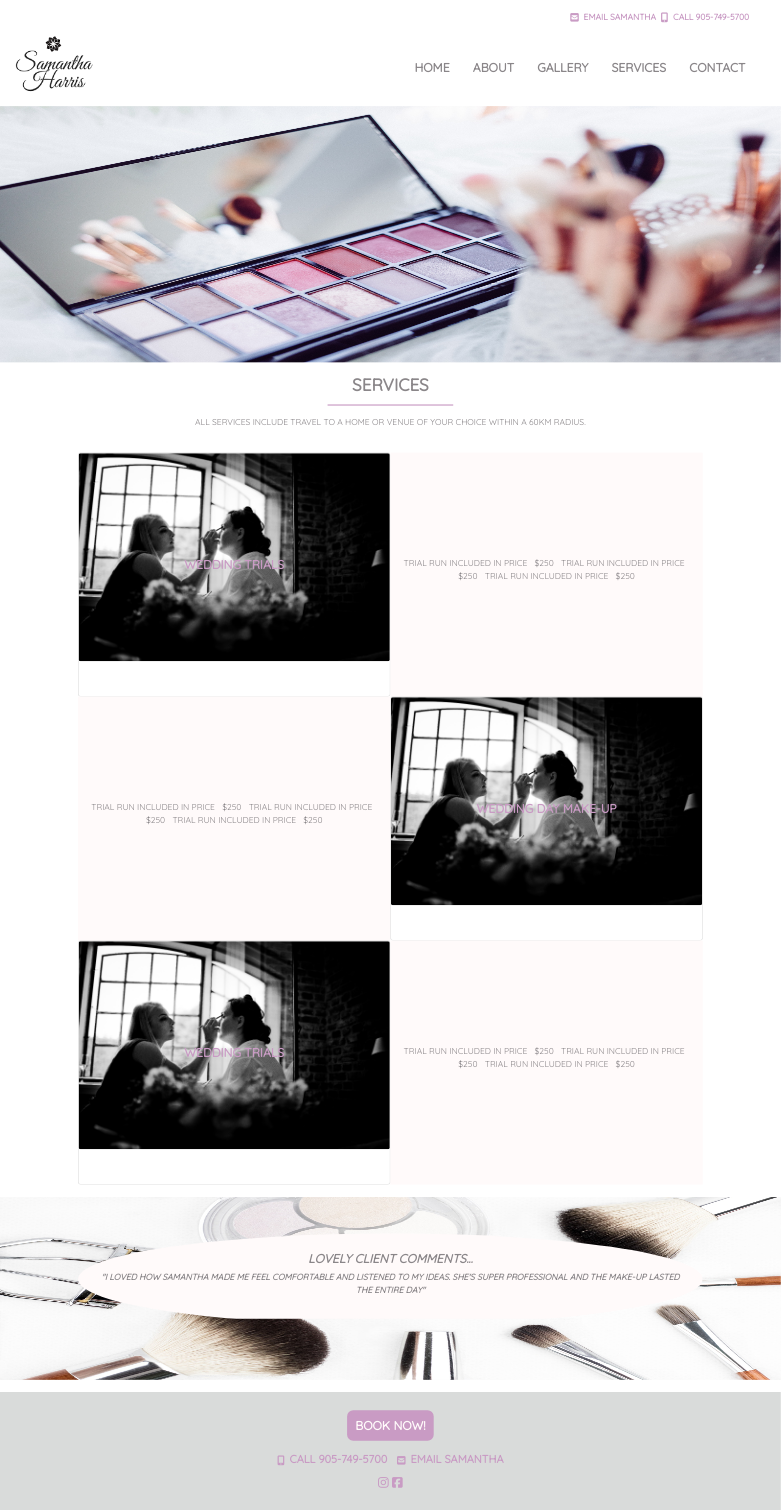
Repository: JayneyNix/milestone-1-UCFD
Page: services.html
The author's editor kept a record of every edit. The page is drawn from the files as they stood at one moment, then again after the next edit.
The browser window is 1280 px wide. The pictures show the whole page, at 61% of full size.
Some web libraries are served in a nearby version.

Above is the page before.

### services.html
<!DOCTYPE html>
<html lang="en">

<head>
    <meta charset="UTF-8">
    <meta name="viewport" content="width=device-width, initial-scale=1.0">
    <meta http-equiv="X-UA-Compatible" content="ie=edge">
    <title>Services | Professional Bridal Make-Up | Samantha Harris</title>
    <script src="https://code.jquery.com/jquery-3.3.1.slim.min.js" integrity="sha384-q8i/X+965DzO0rT7abK41JStQIAqVgRVzpbzo5smXKp4YfRvH+8abtTE1Pi6jizo" crossorigin="anonymous"></script>
    <link href="https://stackpath.bootstrapcdn.com/bootstrap/4.3.1/css/bootstrap.min.css" rel="stylesheet" integrity="sha384-ggOyR0iXCbMQv3Xipma34MD+dH/1fQ784/j6cY/iJTQUOhcWr7x9JvoRxT2MZw1T" crossorigin="anonymous" type="text/css">
    <link rel="stylesheet" href="https://cdnjs.cloudflare.com/ajax/libs/hover.css/2.3.1/css/hover-min.css" type="text/css">
    <link rel="stylesheet" href="https://fonts.googleapis.com/css?family=Quicksand">
    <script src="https://kit.fontawesome.com/26094534a3.js" crossorigin="anonymous"></script>
    <link rel="stylesheet" href="Assets/style.css" class="text/css">
</head>

<body>
    <!--Navigation-->

    <div class="fixed-header d-flex flex-row-reverse mt-2 pr-5 align-items-center">
        <div class="p-1 call-text mt-2">
            <a class="call-header" href="tel:905-749-5700" target="-blank">
                <h5 class="h5 headings"><span class="number">Call 905-749-5700</span></h5>
            </a>
        </div>
        <div class="p-1 call-icon"><a class="call-header" href="tel:905-749-5700" target="-blank"><i class="fas fa-mobile-alt" aria-hidden="true"></i></a>
        </div>
        <div class="p-1 email-text mt-2">
            <a class="email-header" href="mailto:bookings@samanthaharris.ca" target="-blank">
                <span class="call"><h5 class="h5 headings">Email Samantha</h5></span>
            </a>
        </div>
        <div class="p-1 email-icon"><a class="email-header" href="mailto:bookings@samanthaharris.ca" target="-blank"><i class="fas fa-envelope-square" aria-hidden="true"></i></a>
        </div>
    </div>


    <div class="container-fluid nav-container no-padding" role="navigation">
        <nav class="navbar navbar-light navbar-expand-lg">

            <a class="navbar-brand" href="index.html">
                <img src="Assets/logo.png" class="d-inline-block align-top"
      alt="samantha-harris-logo"/>
      </a>

            <button class="navbar-toggler ml-auto" type="button" data-toggle="collapse" data-target="#navbarNavDropdown" aria-controls="navbarNavDropdown" aria-expanded="false" aria-label="Toggle navigation">
          <span class="navbar-toggler-icon"></span>
      </button>
            <div class="collapse navbar-collapse" id="navbarNavDropdown">
                <ul class="navbar-nav navbar-default ml-auto">
                    <li class="nav-item">
                        <a class="nav-link active" href="index.html">Home</a>
                    </li>
                    <li class="nav-item">
                        <a class="nav-link" href="about.html">About</a>
                    </li>
                    <li class="nav-item">
                        <a class="nav-link" href="gallery.html">Gallery</a>
                    </li>
                    <li class="nav-item">
                        <a class="nav-link" href="services.html">Services</a>
                    </li>
                    <li class="nav-item last">
                        <a class="nav-link" href="contact.html">Contact</a>
                    </li>
                </ul><br>
            </div>
        </nav>
    </div>

    <!--Navigation-->

    <!--Introduction-->

    <div class="container-fluid services-main-banner no-padding">
        <div class="row no-gutters">
            <div class="col-sm-12">
                <img src="Assets/make-up-palette.jpg" class="img-fluid services-image w-100" alt="about-page-banner-image" />

            </div>
        </div>
    </div>

    <div class="container-fluid intro-section no-padding text-center">
        <div class="row no-gutters">
            <div class="col-sm-12 col-md-12-offset-3">
                <h1 class="h1 headings">Services</h1>
                <hr class="line">
                <p class="p headings">All services include travel to a home or venue of your choice within a 60km radius.</p><br>
            </div>

        </div>

    </div>

    <!--Introduction-->

    <!--Services Section-->

    <div class="container services-container text-center">
        <div class="row pricing-row d-flex justify-content-center no-gutter">
            <div class="card services-heading col-md-6 d-flex align-content-center flex-wrap">
                <img class="card-img img-fluid" src="Assets/make-up-artist-and-bride-facing-eachother.jpg">
                <div class="card-img-overlay">
                    <h2 class="card-title h2 headings">Wedding Trials</h2>
                </div>
            </div>

            <div class="services-text col-md-6 col-sm-order-2 d-flex align-content-center flex-wrap">
                <ul class="list-inline p headings">
                    <li class="list-inline-item">Trial Run included in price</li>
                    <li class="list-inline-item">$250</li>
                    <li class="list-inline-item">Trial Run included in price</li>
                    <li class="list-inline-item">$250</li>
                    <li class="list-inline-item">Trial Run included in price</li>
                    <li class="list-inline-item">$250</li>

            </div>
        </div>
        <div class="row pricing-row d-flex justify-content-center no-gutter">
            <div class="services-text col-md-6 col-sm-push-6 d-flex align-content-center flex-wrap">
                <ul class="list-inline p headings">
                    <li class="list-inline-item">Trial Run included in price</li>
                    <li class="list-inline-item">$250</li>
                    <li class="list-inline-item">Trial Run included in price</li>
                    <li class="list-inline-item">$250</li>
                    <li class="list-inline-item">Trial Run included in price</li>
                    <li class="list-inline-item">$250</li>
            </div>

            <div class="card services-heading col-md-6 col-sm-push-6 d-flex align-content-center flex-wrap">
                <img class="card-img img-fluid" src="Assets/make-up-artist-and-bride-facing-eachother.jpg">
                <div class="card-img-overlay">
                    <h2 class="card-title h2 headings">Wedding Day Make-Up</h2>
                </div>
            </div>
        </div>

        <div class="row pricing-row d-flex justify-content-center no-gutter">
            <div class="card services-heading col-md-6 d-flex align-content-center flex-wrap">
                <img class="card-img img-fluid" src="Assets/make-up-artist-and-bride-facing-eachother.jpg">
                <div class="card-img-overlay">
                    <h2 class="card-title h2 headings">Wedding Trials</h2>
                </div>
            </div>

            <div class="services-text col-md-6 col-sm-order-2 d-flex align-content-center flex-wrap">
                <ul class="list-inline p headings">
                    <li class="list-inline-item">Trial Run included in price</li>
                    <li class="list-inline-item">$250</li>
                    <li class="list-inline-item">Trial Run included in price</li>
                    <li class="list-inline-item">$250</li>
                    <li class="list-inline-item">Trial Run included in price</li>
                    <li class="list-inline-item">$250</li>

            </div>
        </div>
    </div>



    <!--Testimonials-->

    <div id="testimonial-carousel" class="carousel slide d-none d-md-block" data-ride="carousel">
        <div class="carousel-inner">
            <div class="carousel-item active">
                <img class="carousel-image d-block w-100" src="Assets/cosmetic-brushes.png" alt="Slide-One">
                <div class="carousel-caption d-none d-md-block height-auto">
                    <div class="box">
                        <h2 class="h2 headings carousel-heading align-items-center justify-content-center">Lovely client comments...</h2>
                        <p class="p headings carousel-text">"Sam was awesome from the moment I met her I knew I didn't want anyone else to do my make-up! I felt so confident and beautiful but still like me"
                        </p>
                    </div>
                </div>
            </div>

            <div class="carousel-item">
                <img class="carousel-image d-block w-100" src="Assets/cosmetic-brushes.png" alt="Slide-Two">
                <div class="carousel-caption d-none d-md-block">
                    <div class="box">
                        <h2 class="h2 headings carousel-heading align-items-center justify-content-center">Lovely client comments...</h2>
                        <p class="p headings carousel-text">"I loved how Samantha made me feel comfortable and listened to my ideas. She's super professional and the make-up lasted the entire day"
                        </p>
                    </div>
                </div>
            </div>
            <div class="carousel-item">
                <img class="carousel-image d-block w-100" src="Assets/cosmetic-brushes.png" alt="Slide-Three">
                <div class="carousel-caption d-none d-md-block">
                    <div class="box">
                        <h2 class="h2 headings carousel-heading align-items-center justify-content-center">Lovely client comments...</h2>
                        <p class="p headings carousel-text">"I was looking for someone who uses natural products and the latest techniques and Samantha was knowledgeable, experienced and wasn't flustered with our party of 7!"
                        </p>
                    </div>
                </div>
            </div>
        </div>
    </div>

    <!--Testimonials-->

    <!--Footer-->

    <footer class="container-fluid footer-container no-padding">

        <div id="footer" class="row">
            <div class="col-sm-12">
                <div class="action">
                    <btn class="footer-button">
                        <a class="contact-link" href="contact.html">
                            <h2 class="h2 headings footer-items">BOOK NOW!</h2>
                        </a>
                    </btn>
                </div>

                <div class="d-flex flex-row justify-content-center mt-3">

                    <div class="p-1 call-icon"><a class="call-header" href="tel:905-749-5700" target="-blank"><i class="fas fa-mobile-alt" aria-hidden="true"></i></a>
                    </div>
                    <div class="p-1 call-text mr-2">
                        <a class="call-contact" href="tel:905-749-5700" target="-blank">
                            <h3 class="h3 headings">Call 905-749-5700</h3>
                        </a>
                    </div>
                    <div class="p-1 email icon"><a class="email-header" href="mailto:bookings@samanthaharris.ca" target="-blank"><i class="fas fa-envelope-square" aria-hidden="true"></i></a>
                    </div>
                    <div class="p-1 email-text">
                        <a class="email-contact" href="mailto:bookings@samanthaharris.ca" target="-blank">
                            <h3 class="h3 headings">Email Samantha</h3>
                        </a>
                    </div>
                </div>

                <div class="col-sm-12">
                    <div class="social"></div>
                    <a class="insta" href="https://www.instagram.com" target="-blank"><i class="fab fa-instagram" aria-hidden="true"></i>
                    </a>
                    <a class="facebook" href="https://www.facebook.com" target="-blank"><i class="fab fa-facebook-square" aria-hidden="true"></i></a>
                </div>
            </div>
        </div>
    </footer>

    <!--Footer-->
    <script src="https://cdnjs.cloudflare.com/ajax/libs/jquery/3.4.1/jquery.slim.min.js"></script>
    <script src="https://cdnjs.cloudflare.com/ajax/libs/popper.js/1.15.0/umd/popper.min.js"></script>
    <script src="https://cdnjs.cloudflare.com/ajax/libs/twitter-bootstrap/4.3.1/js/bootstrap.min.js"></script>
</body>

</html>

### Assets/style.css
/*Typography*/

.headings {

    font-family: Quicksand, sans-serif;
    text-transform: uppercase;
    font-weight: bold;
}

.h1 {
    font-size: 28px;
    color: #8a8689;
    font-weight: bold;
}

.h2 {
    font-size: 20px;
    font-weight: bold;
}

.h3 {
    font-size: 18px;
    color: #8a8689;
}

.h4 {
    font-size: 16px;
}

.h5 {
    font-size: 14px;
    color: #8a8689;
}

.p {
    font-size: 14px;
    color: #8a8689;
    font-weight: normal;
}

.line {
    border-style: solid;
    border-width: 1px;
    border-color: #c99bc4;
    width:20%;
    background-position: center;
    background-repeat: no-repeat;
}

/*Typography*/


/*Contact Header*/

.p-1 .email-header {
    color: #c99bc4;
    text-decoration: none;
}

.p-1 .call-header {
    color: #c99bc4;
    text-decoration: none;
}

.p-1 .email-header:hover {
    color: #8a8689;
}

.p-1 .call-header:hover {
    color: #8a8689;
}

.p-1 .h5 {
    color: #c99bc4;
}

.p-1 .h5:hover {
    color: #8a8689;
}

/*Contact Header*/


/*--Navigation--*/

.nav-container {
    padding-right: 20px;
    padding-left: 0;
}

.navbar {
    background-color: #fff;
    padding: 0;
}

.navbar-brand {
    padding-left: 20px;
    padding-bottom: 20px;
    background-size: cover;
    width: 150;
    height: 150;
}

.navbar-nav {
    padding-right: 30px;
}

.nav-item {
    padding: 20;
}

.nav-link {
    font-family: "Quicksand", sans-serif;
    font-size: 20px;
    font-weight: bold;
    text-decoration: none;
    text-transform: uppercase;
    color: #8a8689!important;
    vertical-align: middle;
    padding-left: 30px!important;
}

.nav-link:hover {
    color: #c99bc4!important;
    transform: scale(1.25);
    transition: ease-in-out;
    transition-duration: 0.3s;
}

.navbar-light .navbar-toggler {
    padding-right: 30px;
    border: 0;
    font-weight: bold;
}

  .navbar-toggler:focus, .navbar-toggler:active {
    outline: none;
    box-shadow: none;
    color: #c99bc4;
  }

@media (max-width: 992px) {
    #navbarNavDropdown {
        text-align: center;
    }
}

/*--Navigation--*/


/*--Footer*/

.container-fluid .footer-container {
    display: inline-block;
    font-size: 0;
}

#footer {
    background-color: #d9dbda;
    text-align: center;
    padding-top: 30px;
    padding-bottom: 30px;
}

.footer-button {
    position: relative;
    display: inline-block;
    font-family: "Quicksand", sans-serif;
    font-size: 20px;
    font-weight: bolder;
    text-transform: uppercase;
    vertical-align: middle;
    border: 3px solid #c99bc4;
    border-radius: 10px;
    padding: 10px;
    text-align: center;
    background-color: #c99bc4;
}

.footer-button .contact-link {
    text-decoration: none;
}

.footer-items {
    color: #fffafa;
    font-weight: bold;
    vertical-align: middle;
    margin: 0;
}

.footer-items:hover {
    color: #8a8689;
    transform: scale(1.1);
    transition: ease-in-out;
    transition-duration: 0.5s;
}

.call-contact .h3 {
    color: #c99bc4;
    text-decoration: none;
}

.a .call-contact {
    text-decoration: none;
}

.email-contact .h3 {
    color: #c99bc4;
    text-decoration: none;
}

.a .email-contact {
    text-decoration: none;
}

.call-contact .h3:hover {
    color: #8a8689;
}

.email-contact .h3:hover {
    color: #8a8689;
}

.insta {
    color: #c99bc4;
    font-size: 20px;
}

.facebook {
    color: #c99bc4;
    font-size: 20px;
}

.insta:hover {
    color: #8a8689;
    text-decoration: none;
}

.facebook:hover {
    color: #8a8689;
    text-decoration: none;
}

/*--Footer*/


/*--Homepage Section 1 - Banner & Intro*/

.home-main-banner {
    max-width: 100%;
    height: 100%;
    padding: 0px 0px 20px;
    margin: 0;
    font-size: 0;
}

#home-main-intro {
    padding: 0;
    margin: 0;
}

.intro-section {
    padding: 0;
    width: 80%;
}

/*--End Homepage Section 1 - Banner & Intro*/


/*--Homepage Section 2 - Testimonials*/

#testimonial-carousel {
    display: block;
    padding: 0;
    font-size: 0;
    margin-bottom: 20px;
    height: 300px;
}

.carousel-image {
    height: 300px;
}

.carousel-caption {
    position: absolute;
    left: 50%;
    top: 40%;
    transform: translate(-50%, -50%);
    overflow: hidden;
    width: 80%;
}

.carousel-heading {
    color: #8a8689;
    font-style: italic;
    font-weight: bolder;
}

.carousel-text {
    font-style: italic;
    font-weight: bolder;
}

.box {
    border: 0px transparent;
    border-radius: 50%;
    background-color: #fffafa;
    padding: 30px;
}

/*--End Homepage Section 2 - Testimonials*/


/*--Gallery--*/

.gallery-container {
    padding-bottom: 20px;
}

/*--End Gallery--*/


/*--Contact Page--*/

.contact-main-banner {
    max-width: 100%;
    padding: 0px 0px 20px;
    margin: 0;
    font-size: 0;
}

.contact-image {
    height: 420px;
}

.contact-intro {
    padding: 0;
    margin: 0;
}

.contact-container {
    width: 100%;
    padding-bottom: 20px;
    margin: 20px 0px;
    padding-left: 0;
    padding-right: 0;
    vertical-align: middle;
    background-color: #fffafa;
}

.row-top {
    padding-top: 40px;
}

.row-second-section  {
    padding-top: 20px;
}

.row-bottom {
    padding-top:20px;
}

.send-btn {
    vertical-align: middle;
    border: 3px solid #c99bc4;
    border-radius: 10px;
    padding: 10px;
    text-align: center;
    background-color: #c99bc4;
    color: #fffafa;
    font-weight: bolder;
}

.send-btn:hover {
    color: #8a8689;
    transform: scale(1.1);
    transition: ease-in-out;
    transition-duration: 0.5s;
}

.form-control::placeholder {
    font-family: Quicksand, 'sans-serif';
    font-size: 14px;
    font-style: italic;
    font-weight: bold;
    text-transform: uppercase;
    color:#8a8689;
}

::-webkit-datetime-edit-text {
    color: #8a8689;
    padding: 0 0.3em;
    text-transform: uppercase;
    font-family: Quicksand, 'sans-serif';
    font-size: 14px;
    font-style: italic;
    font-weight: bold;
    }

/*--End Contact Page--*/


/*--About Page--*/

.about-main-banner {
    max-width: 100%;
    padding: 0px 0px 20px;
    margin: 0;
    font-size: 0;
}

.about-image {
    height: 420px;
}

.about-container {
    margin-bottom: 20px;
}

.about-text {
    margin-right: 10px;
}

.about-heading {
    margin-bottom: 20px;
}

.about-photo {
    display:inline-block;
}

.ul{
    list-style: none;
}

.ul .li:before {

    background-color: #c99bc4;
    border-radius: 50%;
    display: inline-block;
    margin-right: 10px;
    margin-bottom: 2px;
    height: 10px;
    width: 10px;
    content: "\f105";
}

/*--About Page--*/


/*--Services Page--*/

.services-container {

    width: 80%;
    margin-bottom: 20px;
}

.services-main-banner {
    max-width: 100%;
    padding: 0px 0px 20px;
    margin: 0;
    font-size: 0;
}

.services-image {
    height:420px;
}


.services-heading {
    padding:0;
    margin:0;
}

  .category-image {
    width: 100%;
    height:100%;
    z-index: 0;
    opacity: 0.2;
}



.card-img-overlay .card-title {
    font-weight: bolder;
    color: #c99bc4;
    margin-top: 150px;

}

.services-text {
    width:100%;
    background-color: #fffafa;
}


.list-inline {
    text-align: center;
    vertical-align: middle;
}

.pricing-row {
    height:400px;
}

/*--Services Page--*/

After the next edit:
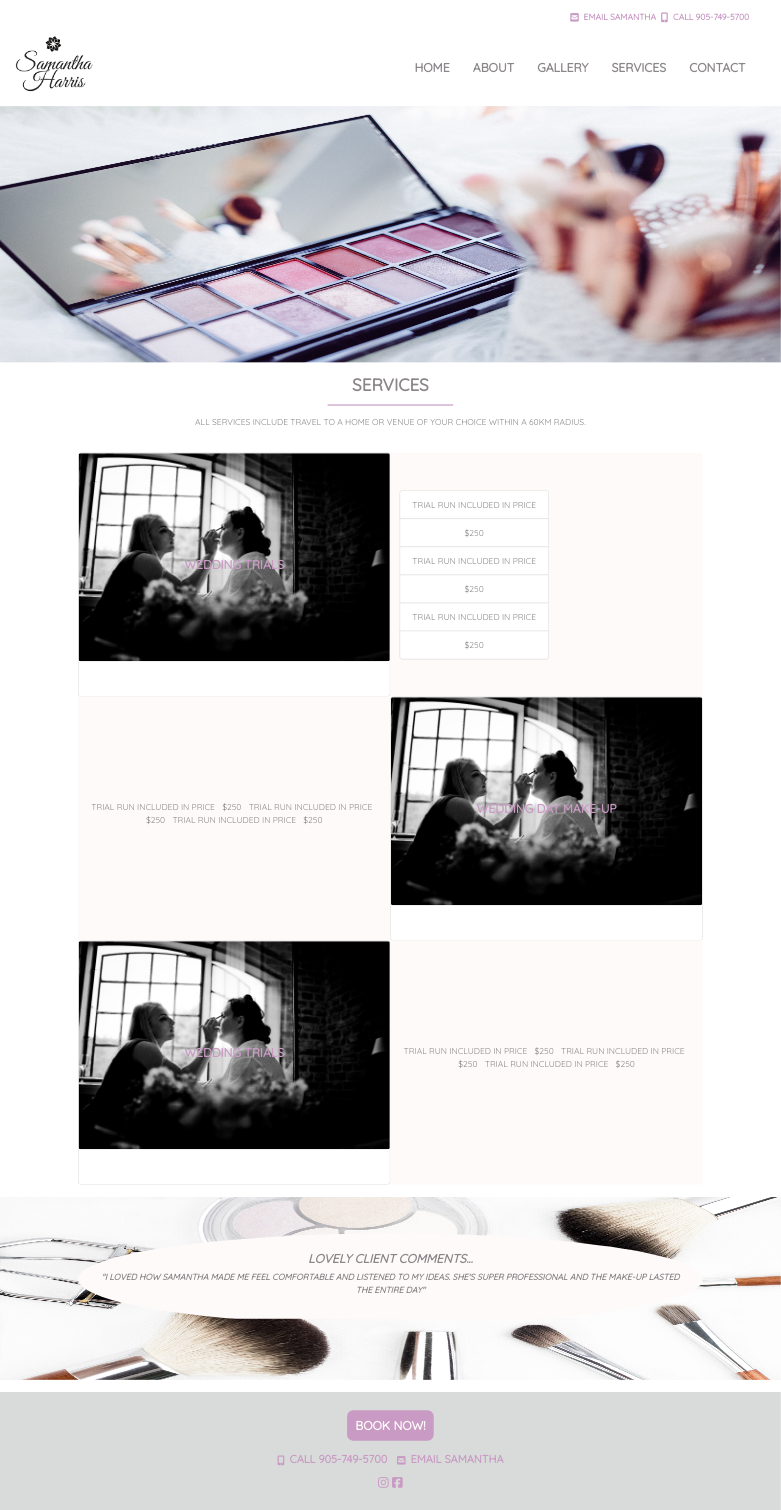
The edit:
--- a/services.html
+++ b/services.html
@@ -107,13 +107,13 @@
             </div>
 
             <div class="services-text col-md-6 col-sm-order-2 d-flex align-content-center flex-wrap">
-                <ul class="list-inline p headings">
-                    <li class="list-inline-item">Trial Run included in price</li>
-                    <li class="list-inline-item">$250</li>
-                    <li class="list-inline-item">Trial Run included in price</li>
-                    <li class="list-inline-item">$250</li>
-                    <li class="list-inline-item">Trial Run included in price</li>
-                    <li class="list-inline-item">$250</li>
+                <ul class="list-group p headings">
+                    <li class="list-group-item">Trial Run included in price</li>
+                    <li class="list-group-item">$250</li>
+                    <li class="list-group-item">Trial Run included in price</li>
+                    <li class="list-group-item">$250</li>
+                    <li class="list-group-item">Trial Run included in price</li>
+                    <li class="list-group-item">$250</li>
 
             </div>
         </div>
